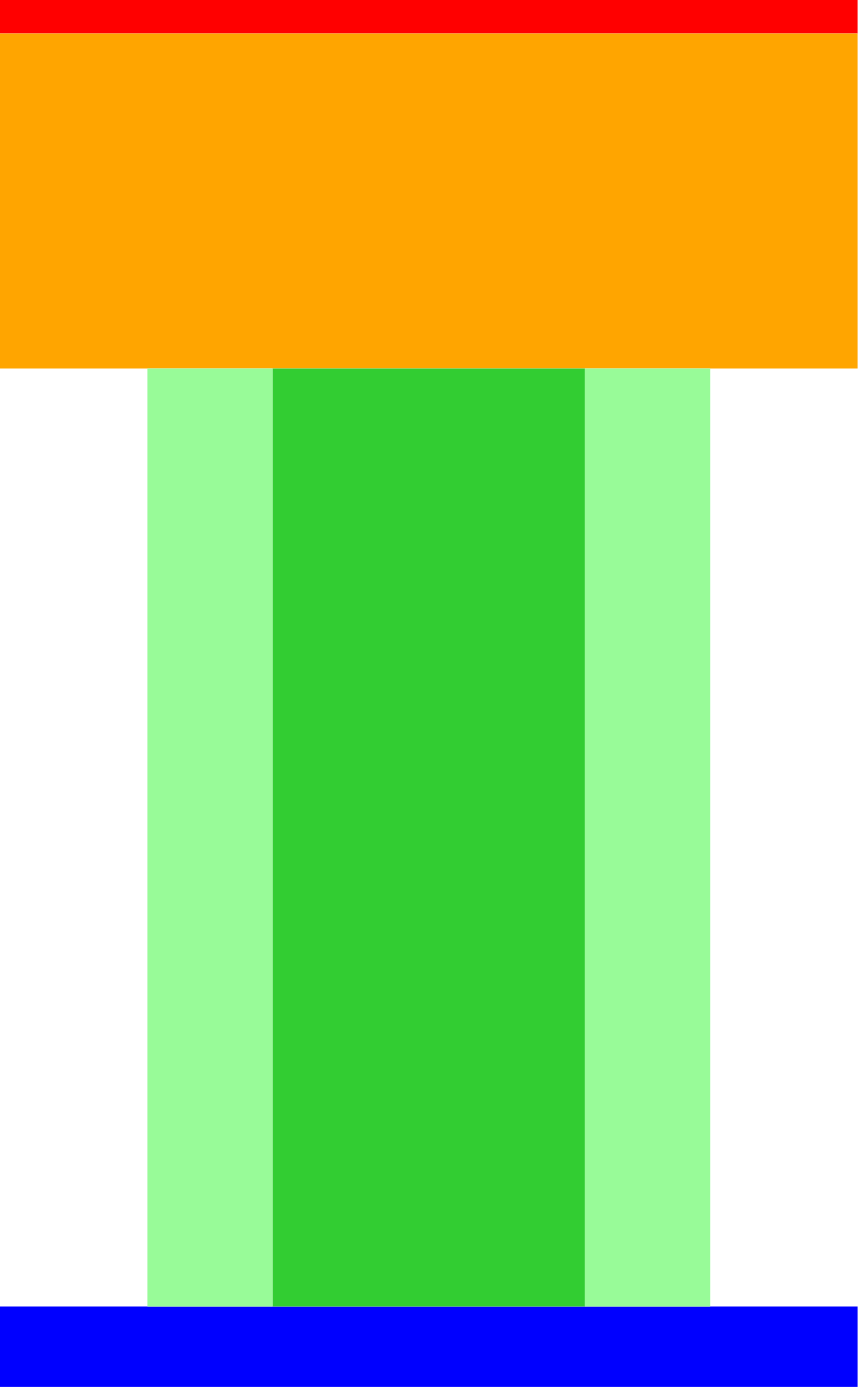
Repository: rascalNoShippo/git-practice
Page: chapter4_exercise/index.html
The author's editor kept a record of every edit. The page is drawn from the files as they stood at one moment, then again after the next edit.
The browser window is 1280 px wide. The pictures show the whole page, at 67% of full size.

Above is the page before.

### chapter4_exercise/index.html
<!DOCTYPE html>
<html lang="ja">
  <head>
    <meta charset="UTF-8" />
    <link rel="stylesheet" href="style.css" />
    <title>CARAVAN</title>
  </head>

  <body>
    <div class="header">
    </div>
    <div class="main-visual">
    </div>
    <div class="main">
      <div class="sidebar sidebar-left"></div>
      <div class="blog"></div>
      <div class="sidebar sidebar-right"></div>
    </div>
    <div class="footer">

    </div>
  </body>
</html>

### chapter4_exercise/style.css
* {
  margin: 0;
  padding: 0;
  box-sizing: border-box;
}

.header{
  width: 100%;
  height: 50px;
  background-color: red;
}

.main-visual{
  width: 100%;
  height: 500px;
  background-color: orange;
}

.main{
  width: 840px;
  /*height: 1400px;*/
  /*background-color: green;*/
  display: flex;
  justify-content: center;
  margin: 0 auto;
}

.blog{
  width: 600px;
  height: 1400px;
  background-color: limegreen;
}

.sidebar{
  width: 240px;
  height: 1400px;
  background-color: palegreen;
}

.footer{
  width: 100%;
  height: 120px;
  background-color: blue;
}

After the next edit:
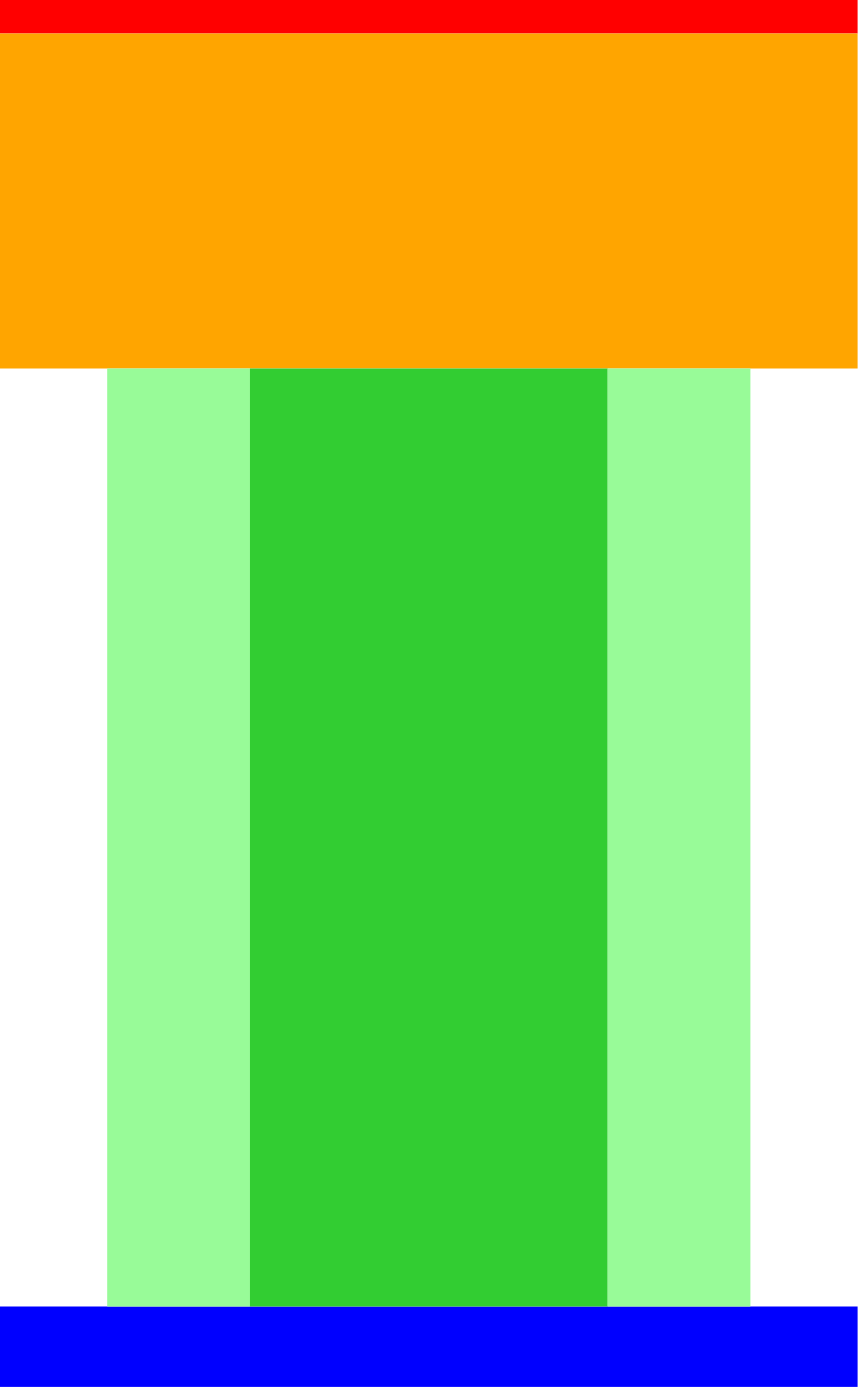
The edit:
--- a/chapter4_exercise/style.css
+++ b/chapter4_exercise/style.css
@@ -17,7 +17,7 @@
 }
 
 .main{
-  width: 840px;
+  width: 960px;
   /*height: 1400px;*/
   /*background-color: green;*/
   display: flex;
